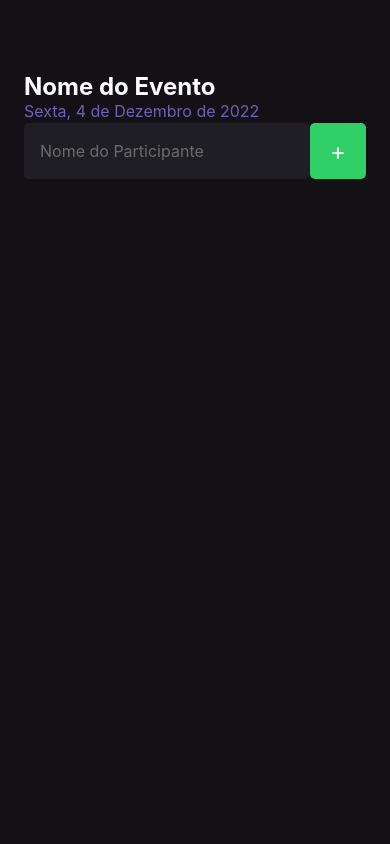
Repository: guilhermecardoso93/reactNative-ignite-imhere
Screen: /
An editor plug-in stored every save of this project. The screen is shown before and after the next save, followed by the edit.
The app was drawn by React Native's web renderer in a window 390 px wide. The project was rebuilt for these pictures with package versions that can differ from the ones it lists, and the page was loaded fresh each time.

Above is the screen before, as saved 2022-10-02 19:55:28.

### App.tsx
import { Text, View, StyleSheet } from "react-native";
import Home from "./src/screens/Home";

export default function App() {
  return (
    <>
      <Home/>
    </>
  );
}

### src/screens/Home/index.tsx
import { Text, View, TextInput, TouchableOpacity } from "react-native";

import { styles } from "./styles";

export default function Home() {
  function handleAddPArticipant() {
    console.log("ADD part");
  }

  return (
    <View style={styles.container}>
      <Text style={styles.eventName}>Nome do Evento</Text>
      <Text style={styles.eventDate}>Sexta, 4 de Dezembro de 2022</Text>
      <View style={styles.form}>
        <TextInput
          style={styles.eventInput}
          placeholder="Nome do Participante"
          placeholderTextColor="#6b6b6b"
        />
        <TouchableOpacity style={styles.button} onPress={handleAddPArticipant}>
          <Text style={styles.buttonText}>+</Text>
        </TouchableOpacity>
      </View>
    </View>
  );
}

### src/screens/Home/styles.ts
import { StyleSheet } from "react-native";

export const styles = StyleSheet.create({
  container: {
    flex: 1,
    padding: 24,
    backgroundColor: "#131016",
  },
  eventName: {
    color: "#fff",
    fontSize: 24,
    fontWeight: "bold",
    marginTop: 48,
  },
  eventDate: {
    color: "#6b62b6",
    fontSize: 16,
  },

  eventInput: {
    backgroundColor: "#1f1e25",
    color: "#FFF",
    height: 56,
    flex: 1,
    borderRadius: 5,
    padding: 16,
    fontSize: 16,
  },

  button: {
    width: 56,
    height: 56,
    borderRadius: 5,
    backgroundColor: "#31cf67",
    alignItems: "center",
    justifyContent: "center",
  },
  buttonText: {
    color: "#FFF",
    fontSize: 24,
  },
  form: {
    width: "100%",
    flexDirection: "row",
    marginTop: 2
  },
});

After the next save:
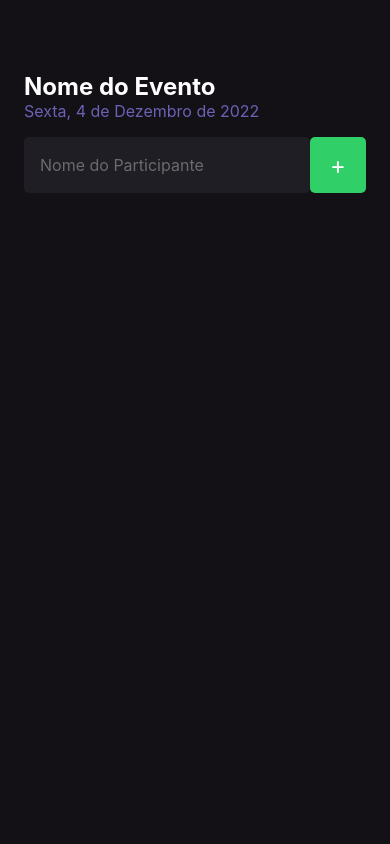
Saved 5 s later.
--- a/src/screens/Home/styles.ts
+++ b/src/screens/Home/styles.ts
@@ -42,6 +42,6 @@ export const styles = StyleSheet.create({
   form: {
     width: "100%",
     flexDirection: "row",
-    marginTop: 2
+    marginTop: 16
   },
 });
